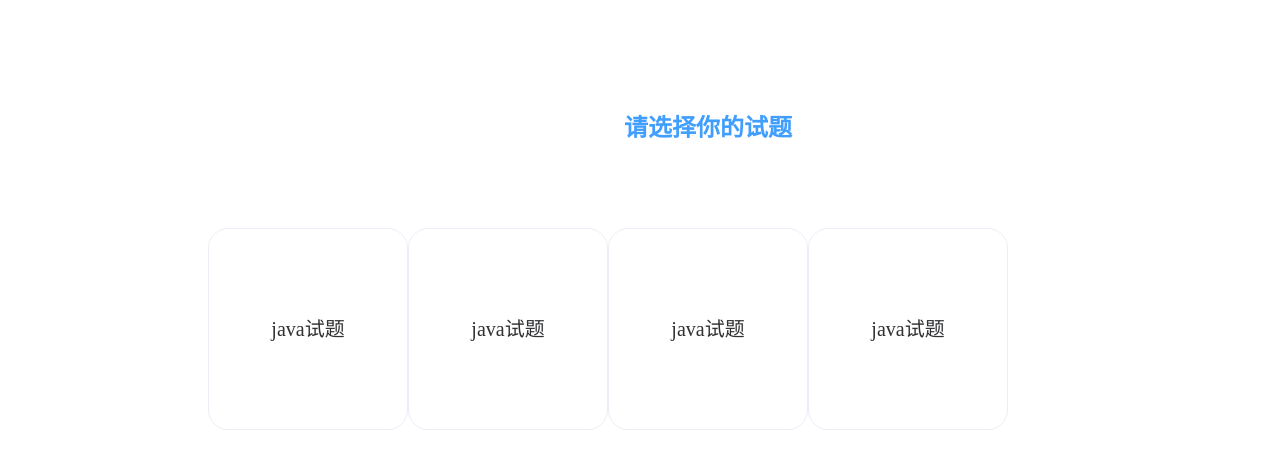
Repository: Fhup/OQP
Page: /home
The author's editor kept a copy of each file at every save. The page is drawn from the files as they stood at one save, then again after the next save.
The browser window is 1280 px wide. The pictures show the whole page.
The project was rebuilt for these pictures with package versions that can differ from the ones it lists, and the page was loaded fresh each time.

Above is the page before, as saved 2021-11-28 08:58:18.

### index.html
<!DOCTYPE html>
<html>
  <head>
    <meta charset="utf-8">
    <meta name="viewport" content="width=device-width,initial-scale=1.0">
    <title>oqp</title>
  </head>
  <body>
    <div id="app"></div>
    <!-- built files will be auto injected -->
  </body>
</html>

### src/main.js
import Vue from 'vue'
import App from './App'
import router from './router'

import ElementUI from 'element-ui';
import 'element-ui/lib/theme-chalk/index.css';

Vue.config.productionTip = false


Vue.use(ElementUI);

new Vue({
    el: '#app',
    router,
    render: h => h(App)
})

### src/App.vue
<template>
  <div id="app">
    <router-view></router-view>
  </div>
</template>

<script>
export default {
    name: 'App',
}
</script>

<style scoped>
  @import url('assets/css/base.css');
</style>

### src/router/index.js
//配置路由相关的信息
import Vue from 'vue'
import Router from 'vue-router'

const home = () =>
    import ('views/home/home')
const login = () =>
    import ('views/login/login')



// Vue.use() 安装插件
Vue.use(Router);
// 对多次push进行处理
const originalPush = Router.prototype.push
Router.prototype.push = function push(location) {
    return originalPush.call(this, location).catch(err => err)
}

var routes = [{
        path: "",
        redirect: "/login"
    },
    {
        path: "/login",
        component: login
    },
    {
        path: "/home",
        component: home
    }
]

const router = new Router({
    mode: 'history',
    linkActiveClass: 'active',
    routes
})


//前置守卫(guard)
// router.beforeEach((to, from, next) => {
//     //从from到to 实现路由导航
//     document.title = to.matched[0].meta.title
//     next()
// })

//后置钩子(hook)
// router.afterEach((to, from) => {
//     // console.log('----------')
// })

export default router

### src/views/home/home.vue
<template>
<div class="home">
  <home-check/>
</div>
</template>

<script>
import homeCheck from './childCopms/homeCheck.vue';
export default {
  components: { homeCheck },
  name: 'Home',

  data() {
    return {

    };
  },

  mounted() {

  },

  methods: {

  },
};
</script>

<style scoped>

</style>

### src/views/home/childCopms/homeCheck.vue
<template>
  <div class="homecheck">
      <el-row>
        <el-col :span="24"><div class="top">
          <h2>请选择你的试题</h2>
        </div></el-col>
      </el-row>
      <div style="display:flex">
        <el-row :gutter="10" v-for="(index,item) in type" :key="index">
        <home-check-item style="flex:1"/>
      <!-- <el-col :span="6"><div class="grid-content" @click="check('java')">
        <el-card shadow="hover" >
          java试题
        </el-card>
      </div></el-col>
      <el-col :span="6"><div class="grid-content" @click="check('c')">
        <el-card shadow="hover" >
          c语言试题
        </el-card>
      </div></el-col>
      <el-col :span="6"><div class="grid-content" @click="check('javascript')">
        <el-card shadow="hover" >
          javascript试题
        </el-card>
      </div></el-col>
      <el-col :span="6"><div class="grid-content" @click="check('vue')">
        <el-card shadow="hover">
          vue试题
        </el-card>
      </div></el-col> -->
      </el-row>
      </div>
  <el-dialog
    :title="checked"
    :visible.sync="dialogVisible"
    width="30%"
    :before-close="handleClose">
    <div>
      <div class="block">
        <span class="demonstration">选择试题个数(默认为10个)</span>
        <el-slider
          v-model="value"
          :step="10"
          :min="10"
          show-stops>
        </el-slider>
      </div>
    </div>
    <span slot="footer" class="dialog-footer">
      <el-button @click="dialogVisible = false">取 消</el-button>
      <el-button type="primary" @click="dialogVisible = false">确 定</el-button>
    </span>
  </el-dialog>
  </div>
</template>

<script>
import homeCheckItem from './homeCheckItem.vue';
export default {
  components: { homeCheckItem },
  name: 'homeCheck',

  data() {
    return {
      type:["java","c","javascript","vue"],
      dialogVisible: false,
      checked:null,
      value:[10,100]
    };
  },

  mounted() {

  },

  methods: {
    handleClose(done) {
        this.$confirm('确认关闭？')
          .then(_ => {
            done();
          })
          .catch(_ => {});
      },
    check(info){
      this.dialogVisible=true
      this.checked=info
    }
  },
};
</script>

<style scoped>
.homecheck{
    margin: 0 200px;
    min-width: 1000px;
    user-select: none;
  }
  .top{
    height: 200px;
    line-height: 200px;
    text-align: center;
  }
  h2{
    cursor: help;
    color:  #409EFF;
  }
</style>

<style>
  .homecheck .grid-content {
    min-height: 200px;
    min-width: 200px;
    height: 200px;
    border-radius: 20px;
    line-height: 160px;
    text-align: center;
    font-size: 20px;
    cursor: pointer;
  }
  .homecheck .el-card{
    height: 200px;
    border-radius: 20px;
  }
</style>

### src/views/home/childCopms/homeCheckItem.vue
<template>
    <el-col :span="6"><div class="grid-content">
        <el-card shadow="hover" >
          java试题
        </el-card>
    </div></el-col>
</template>

<script>
export default {
  name: 'homeCheckItem',

  data() {
    return {
    };
  },

  mounted() {

  },

  methods: {

  },
};
</script>

<style scoped>

</style>

<style>

</style>

Loaded but not shown: src/assets/css/base.css (common file)

After the next save:
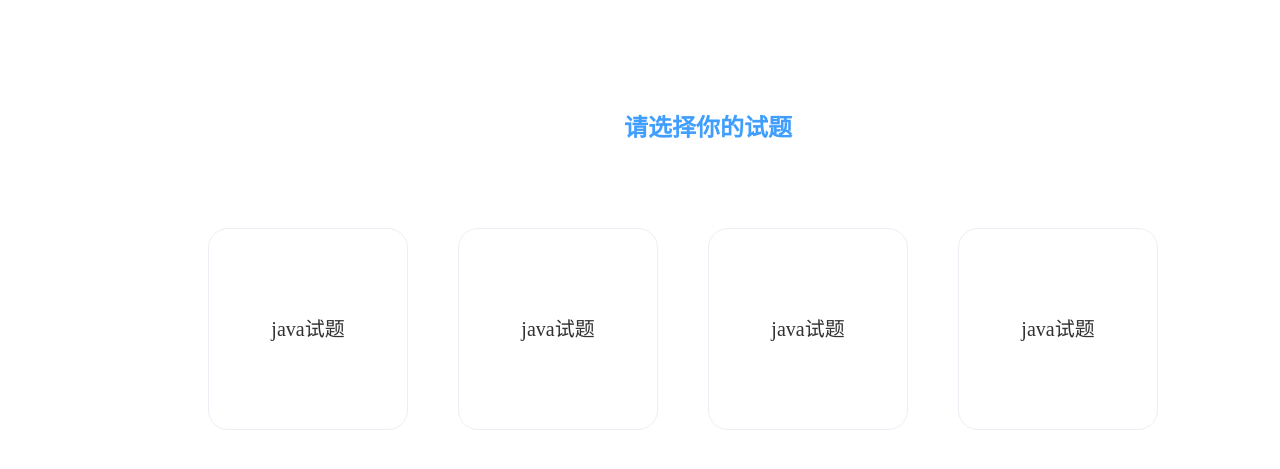
Saved 37 s later.
--- a/src/views/home/childCopms/homeCheck.vue
+++ b/src/views/home/childCopms/homeCheck.vue
@@ -6,8 +6,8 @@
         </div></el-col>
       </el-row>
       <div style="display:flex">
-        <el-row :gutter="10" v-for="(index,item) in type" :key="index">
-        <home-check-item style="flex:1"/>
+        <el-row :gutter="10" v-for="(index,item) in type" :key="index" style="flex:1">
+        <home-check-item/>
       <!-- <el-col :span="6"><div class="grid-content" @click="check('java')">
         <el-card shadow="hover" >
           java试题
